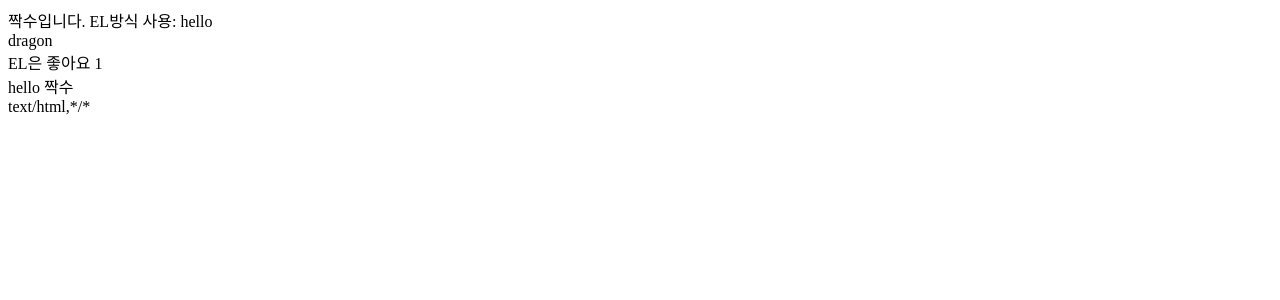
Repository: tokyj515/jsp_study
Page: http://localhost/JSPProj/spag
The author's editor kept a copy of each file at every save. The page is drawn from the files as they stood at one save, then again after the next save.
The browser window is 1280 px wide. The pictures show the whole page.
The page is served by Tomcat 9. Other server files are loaded and not shown.

Above is the page before, as saved 2022-03-08 12:37:35.

### JSPProj/src/main/webapp/spag.jsp
<%@ page language="java" contentType="text/html; charset=UTF-8"
    pageEncoding="UTF-8"%>


<!DOCTYPE html>
<html>
<head>
<meta charset="UTF-8">
<title>Insert title here</title>
</head>
<%
pageContext.setAttribute("result", "hello"); //페이지객체
%>
<body>
	<%=request.getAttribute("result") %>입니다.
	EL방식 사용: ${result} <br >
	${names[1]} <br >
	${notice.title}
	${notice.id}<br >
	${result}  <!-- page에 있는 hello -->
	${requestScope.result}<br > <!-- request에 있는 짝수 -->
	${param.n}
	${header.accept}

</body>
</html>

### JSPProj/src/main/java/com/newlecture/web/Spag.java
package com.newlecture.web;

import java.io.IOException;
import java.util.HashMap;
import java.util.Map;

import javax.servlet.RequestDispatcher;
import javax.servlet.ServletException;
import javax.servlet.annotation.WebServlet;
import javax.servlet.http.HttpServlet;
import javax.servlet.http.HttpServletRequest;
import javax.servlet.http.HttpServletResponse;


@WebServlet("/spag")
public class Spag extends HttpServlet{
	@Override
	protected void doGet(HttpServletRequest request, HttpServletResponse response)
			throws ServletException, IOException {

		//MVC model2방식: 컨트롤러와 뷰로 분리

		int num = 0;
		String _num = request.getParameter("n");
		if(_num != null && !_num.equals(""))
			num = Integer.parseInt(_num);

		String result;
		if(num % 2 != 0){
			result = "홀수";
		}
		else{
			result = "짝수";
		}
		request.setAttribute("result", result);


		//배열 EL 결과 확인을 위한 배열
		String[] names = {"newlec", "dragon"};
		request.setAttribute("names", names);

		//Map
		Map<String, Object> notice = new HashMap<String, Object>();
		notice.put("id", 1);
		notice.put("title", "EL은 좋아요");
		request.setAttribute("notice", notice);











		//forwading:현재작업한 내용을 이어가도록 하는 것
		//redirect: 이어간 것이 아닌 새로운 것은 리다이렉트

		RequestDispatcher dispatcher                    //spag.jsp: jsp파일이지만 서블릿임
			= request.getRequestDispatcher("spag.jsp"); //url상으로 같은 디렉토리 안이라 파일명만
		dispatcher.forward(request, response); //현재 작업한 내용을 공유
	}

}

After the next save:
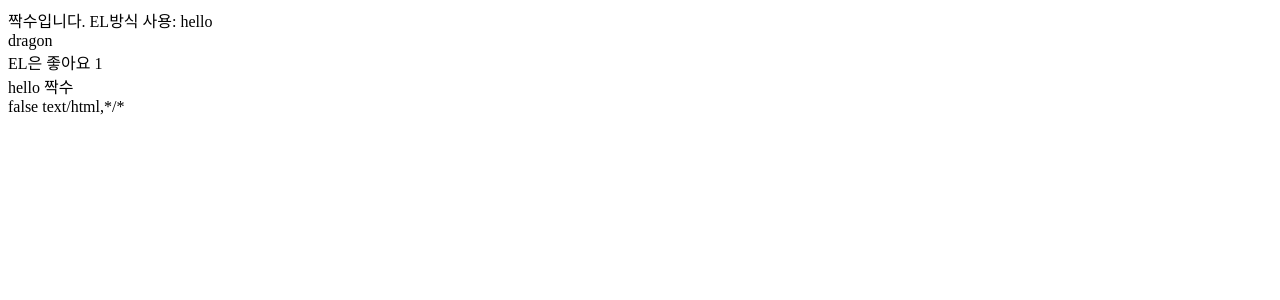
Saved 29 min 25 s later.
--- a/JSPProj/src/main/webapp/spag.jsp
+++ b/JSPProj/src/main/webapp/spag.jsp
@@ -19,7 +19,7 @@ pageContext.setAttribute("result", "hello"); //페이지객체
 	${notice.id}<br >
 	${result}  <!-- page에 있는 hello -->
 	${requestScope.result}<br > <!-- request에 있는 짝수 -->
-	${param.n}
+	${param.n > 3}
 	${header.accept}
 
 </body>
